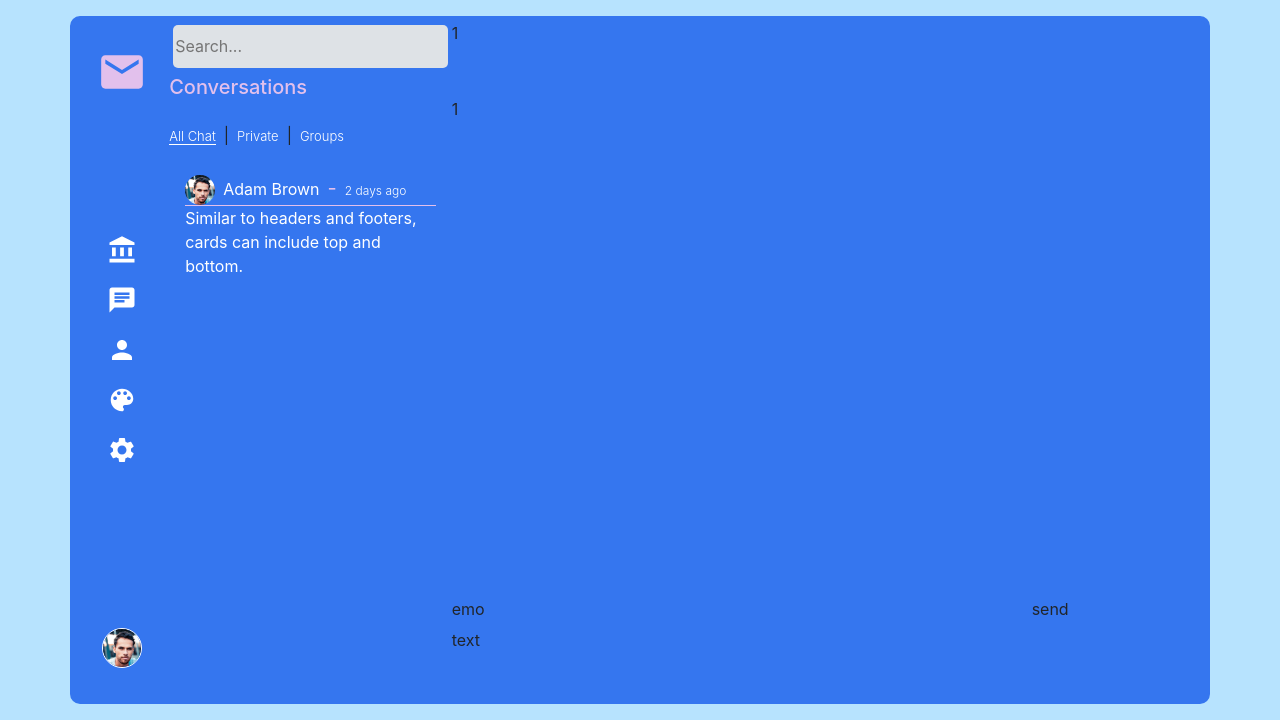
Repository: arafat877/super-chat
Page: /
The author's editor kept a copy of each file at every save. The page is drawn from the files as they stood at one save, then again after the next save.
The browser window is 1280 px wide. The pictures show the whole page.
The project was rebuilt for these pictures with package versions that can differ from the ones it lists, and the page was loaded fresh each time.

Above is the page before, as saved 2020-08-06 23:22:27.

### public/index.html
<!DOCTYPE html>
<html lang="en">
  <head>
    <meta charset="utf-8" />
    <meta name="viewport" content="width=device-width, initial-scale=1" />
    <meta name="theme-color" content="#000000" />
    <meta
      name="description"
      content="Chat application with node.js, express, react.js, mongoDb and socket.io"
    />
    <link rel="stylesheet" href="styles.css" />
    <link
      rel="stylesheet"
      href="https://maxcdn.bootstrapcdn.com/bootstrap/4.5.0/css/bootstrap.min.css"
      integrity="sha384-9aIt2nRpC12Uk9gS9baDl411NQApFmC26EwAOH8WgZl5MYYxFfc+NcPb1dKGj7Sk"
      crossorigin="anonymous"
    />
    <link
      href="https://fonts.googleapis.com/css2?family=Roboto:wght@100;300;400;500;700;900&display=swap"
      rel="stylesheet"
    />

    <title>Super Chat</title>
  </head>
  <body>
    <noscript>You need to enable JavaScript to run this app.</noscript>
    <div id="root"></div>
  </body>
</html>

### src/App.js
import React from "react";
import "./App.scss";
import {
  Email,
  Chat,
  Person,
  Settings,
  Palette,
  AccountBalance,
} from "@material-ui/icons";

function App() {
  return (
    <div className="appContainer vh-100 d-flex">
      <div className="container mt-3 mb-3 appWrapper">
        <div className="row h-100">
          <div className="col-1 d-none d-sm-none d-md-block container h-100 firstCol">
            <div className="row logoRow justify-content-center">
              <Email className="m-auto logo" />
            </div>
            <div className="row menuRow">
              <ul className="menuList m-auto p-0">
                <li className="menuItem">
                  <AccountBalance className="menuItemIcon" />
                </li>
                <li className="menuItem">
                  <Chat className="menuItemIcon" />
                </li>
                <li className="menuItem">
                  <Person className="menuItemIcon" />
                </li>
                <li className="menuItem">
                  <Palette className="menuItemIcon" />
                </li>
                <li className="menuItem">
                  <Settings className="menuItemIcon" />
                </li>
              </ul>
            </div>
            <div className="row photoRow justify-content-center">
              <img
                className="m-auto profilePhoto"
                src={require("./assets/m1.jpeg")}
                alt="profile"
              />
            </div>
          </div>
          <div className="col-3 container h-100 secondCol">
            <div className="row searchRow">
              <input className="searchInput" placeholder="Search..." />
            </div>
            <div className="row convRow">
              <span className="convSpan">Conversations</span>
            </div>
            <div className="row selectRow">
              <ul className="selectionList p-0">
                <li
                  className="selectionListItem d-inline mr-2"
                  style={{ borderBottom: "solid 0.05px white" }}
                >
                  All Chat
                </li>
                |
                <li className="selectionListItem d-inline mr-2 ml-2">
                  Private
                </li>
                |
                <li className="selectionListItem d-inline mr-2 ml-2">Groups</li>
              </ul>
            </div>
            <div className="row groupsRow">
              <div className="p-3">
                <img
                  className="userProfilePicture"
                  src={require("./assets/m1.jpeg")}
                  alt="User Profile"
                />
                <span className="userName ml-2">Adam Brown</span>
                <span className="dash ml-2">-</span>
                <span className="chatDate ml-2">2 days ago</span>
                <hr className="hr"></hr>
                <span className="text">
                  Similar to headers and footers, cards can include top and
                  bottom.
                </span>
              </div>
            </div>
          </div>
          <div className="col-8 container h-100 thirdCol">
            <div className="row chatInfo">1</div>
            <div className="row chatMessages">1</div>
            <div className="row chatInput">
              <div className="col-md-9 container">
                <div className="row inputEmoji">emo</div>
                <div className="row inputText">text</div>
              </div>
              <div className="col-md-3">send</div>
            </div>
          </div>
        </div>
      </div>
    </div>
  );
}

export default App;

### src/App.scss
.appContainer {
  background-color: #b7e3fe;

  .appWrapper {
    background-color: #3576ef;
    border-radius: 10px;
    border: solid thick #3576ef;

    .firstCol {
      .logoRow {
        height: 15%;

        .logo {
          font-size: 50px;
          color: rgb(226, 192, 236);
        }
      }
      .menuRow {
        height: 70%;

        .menuList {
          list-style: none;

          .menuItem {
            margin-bottom: 20px;

            .menuItemIcon {
              font-size: 30px;
              color: white;
            }
          }
        }
      }
      .photoRow {
        height: 15%;

        .profilePhoto {
          height: 40px;
          width: 40px;
          border: solid thin white;
          border-radius: 50%;
          object-fit: cover;
        }
      }
    }

    .secondCol {
      .searchRow {
        height: 7.5%;

        .searchInput {
          width: 100%;
          border: none;
          background-color: #dee2e6;
          border-radius: 5px;
          margin: 4px;

          &:focus {
            outline: none;
          }
        }
      }
      .convRow {
        height: 7.5%;

        .convSpan {
          font-weight: 500;
          font-size: 20px;
          color: rgb(226, 192, 236);
        }
      }
      .selectRow {
        height: 5%;

        .selectionList {
          list-style: none;

          .selectionListItem {
            font-weight: 300;
            font-size: 13px;
            color: white;
          }
        }
      }
      .groupsRow {
        height: 80%;

        .userProfilePicture {
          height: 30px;
          width: 30px;
          border-radius: 50%;
          object-fit: cover;
        }

        .userName {
          color: white;
        }

        .dash {
          color: rgb(226, 192, 236);
          font-size: 20px;
        }

        .chatDate {
          color: white;
          font-size: 12px;
          font-weight: 300;
        }

        .hr {
          border-color: rgb(226, 192, 236);
          margin: 0;
        }

        .text {
          color: white;
        }
      }
    }

    .thirdCol {
      .chatInfo {
        height: 11.25%;
      }
      .chatMessages {
        height: 73.75%;
      }
      .chatInput {
        height: 15%;

        .inputEmoji {
          height: 30%;
        }
        .inputText {
          height: 70%;
        }
      }
    }
  }
}

Loaded but not shown: src/index.js (common file); public/styles.css (common file)

After the next save:
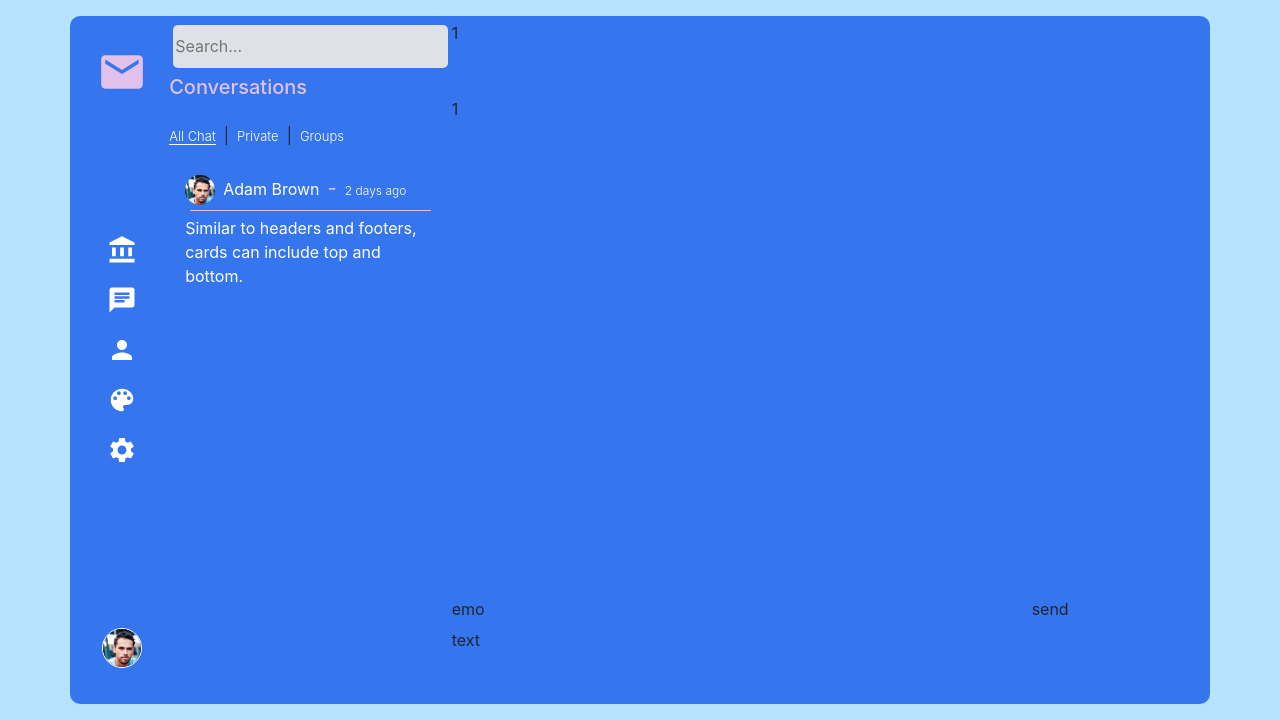
Saved 7 s later.
--- a/src/App.scss
+++ b/src/App.scss
@@ -109,7 +109,7 @@
 
         .hr {
           border-color: rgb(226, 192, 236);
-          margin: 0;
+          margin: 5px;
         }
 
         .text {
